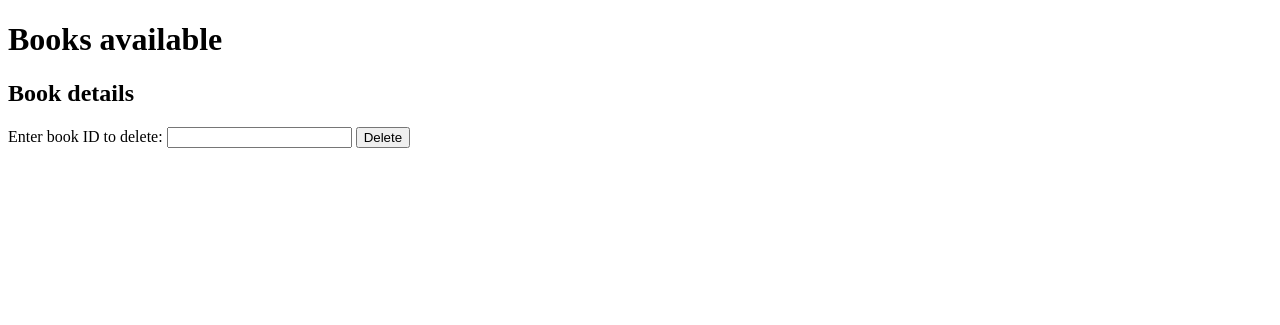
Repository: Afrozzzz/java-training
Page: shop/src/main/resources/static/books.html
An editor plug-in stored every save of this project. The page is shown before and after the next save, followed by the edit.
The browser window is 1280 px wide. The pictures show the whole page.
The page's requests for data from a server got no answer.

Above is the page before, as saved 2025-03-03 09:32:21.
Console error: TypeError: Cannot read properties of null (reading 'addEventListener')

### shop/src/main/resources/static/books.html
<!DOCTYPE html>
<html lang="en">
<head>
    <meta charset="UTF-8">
    <meta name="viewport" content="width=device-width, initial-scale=1.0">
    <title>Books</title>
</head>
<body>
    <h1>Books available</h1>
    <ul id="bookList"></ul>

    <h2>Book details</h2>
    <p id="bookDetails"></p>

    <!-- Commented out the add part -->
    <!--
    <form id="bookForm">
        <label for="title">Title:</label>
        <input type="text" id="title" name="title"><br><br>
        <label for="price">Price:</label>
        <input type="text" id="price" name="price"><br><br>
        <label for="authorId">Author ID:</label>
        <input type="text" id="authorId" name="authorId"><br><br>
        <button type="button" onclick="addBook()">Add Book</button>
    </form>
    -->

    <label for="deleteBookId">Enter book ID to delete:</label>
    <input type="number" id="deleteBookId" name="deleteBookId">
    <button id="deleteButton">Delete</button>

    <script src="bookController.js"></script>
    <script>
        // Fetch all books and display them in a list
        fetch('/api/books')
            .then(response => response.json())
            .then(data => {
                const list = document.getElementById('bookList');
                data.forEach(book => {
                    const li = document.createElement('li');
                    li.textContent = `${book.title} having price $${book.price} with author ID ${book.authorId}`;
                    list.appendChild(li);
                });
            })
            .catch(error => console.error('Error fetching books data:', error));

        // Function to fetch book by ID and display its details
        function fetchBookById() {
            const bookId = document.getElementById("bookId").value;
            if (!bookId) {
                alert("Please enter a book ID");
                return;
            }
            fetch(`/api/books/${bookId}`)
                .then(response => {
                    if (!response.ok) {
                        throw new Error("Book not found");
                    }
                    return response.json();
                })
                .then(book => {
                    document.getElementById("bookDetails").textContent =
                        `Title: ${book.title} || Price: $${book.price} || Author ID: ${book.authorId}`;
                })
                .catch(error => {
                    document.getElementById("bookDetails").textContent = "Book not found";
                });
        }

        // Adding event listener to the search button
        document.getElementById("searchButton").addEventListener("click", fetchBookById);

        // Function to delete a book by ID
        function deleteBook() {
            const bookId = document.getElementById('deleteBookId').value;
            if (!bookId) {
                alert('Please enter a book ID');
                return;
            }
            fetch(`/api/books/${bookId}`, {
                method: 'DELETE'
            })
            .then(response => {
                if (response.ok) {
                    alert('Book deleted successfully!');
                    // Optionally, refresh the book list by re-fetching the books
                    fetchBooks();  // Assuming fetchBooks is defined to refresh the list
                } else {
                    throw new Error('Failed to delete book');
                }
            })
            .catch(error => {
                console.error('Error deleting book:', error);
            });
        }

        // Add event listener to the delete button
        document.getElementById("deleteButton").addEventListener("click", deleteBook);
    </script>
</body>
</html>

### shop/src/main/resources/static/BookController.js
function addBook() {

    const title = document.getElementById('title').value;

    const price = document.getElementById('price').value;

    const authorId = document.getElementById('authorId').value;

    if (title && price && authorId) {

        const book = {

            title: title,

            price: price,

            authorId: authorId

        };

        fetch('/api/books', {

            method: 'POST',

            headers: {

                'Content-Type': 'application/json'

            },

            body: JSON.stringify(book)

        })

        .then(response => response.text())

        .then(data => {

            alert(data);

        })

        .catch(error => {

            console.error('Error:', error);

        });

    } else {

        alert('Please fill in all fields.');

    }

}

After the next save:
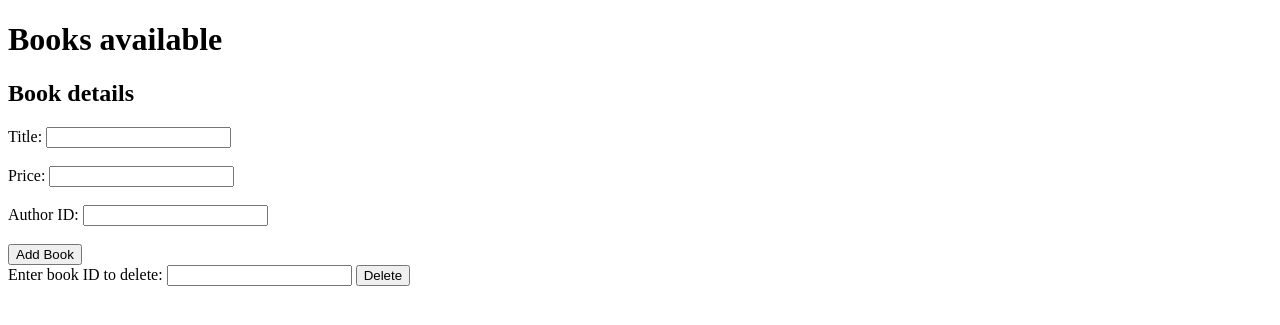
Saved 3 min 38 s later.
--- a/shop/src/main/resources/static/books.html
+++ b/shop/src/main/resources/static/books.html
@@ -12,8 +12,6 @@
     <h2>Book details</h2>
     <p id="bookDetails"></p>
 
-    <!-- Commented out the add part -->
-    <!--
     <form id="bookForm">
         <label for="title">Title:</label>
         <input type="text" id="title" name="title"><br><br>
@@ -23,7 +21,6 @@
         <input type="text" id="authorId" name="authorId"><br><br>
         <button type="button" onclick="addBook()">Add Book</button>
     </form>
-    -->
 
     <label for="deleteBookId">Enter book ID to delete:</label>
     <input type="number" id="deleteBookId" name="deleteBookId">
@@ -70,6 +67,44 @@
         // Adding event listener to the search button
         document.getElementById("searchButton").addEventListener("click", fetchBookById);
 
+        // Function to add a new book
+        function addBook() {
+            const title = document.getElementById('title').value;
+            const price = document.getElementById('price').value;
+            const authorId = document.getElementById('authorId').value;
+
+            if (!title || !price || !authorId) {
+                alert('Please fill in all fields');
+                return;
+            }
+
+            const newBook = {
+                title: title,
+                price: price,
+                authorId: authorId
+            };
+
+            fetch('/api/books', {
+                method: 'POST',
+                headers: {
+                    'Content-Type': 'application/json'
+                },
+                body: JSON.stringify(newBook)
+            })
+            .then(response => {
+                if (response.ok) {
+                    alert('Book added successfully!');
+                    // Optionally, refresh the book list by re-fetching the books
+                    fetchBooks();  // Assuming fetchBooks is defined to refresh the list
+                } else {
+                    throw new Error('Failed to add book');
+                }
+            })
+            .catch(error => {
+                console.error('Error adding book:', error);
+            });
+        }
+
         // Function to delete a book by ID
         function deleteBook() {
             const bookId = document.getElementById('deleteBookId').value;
